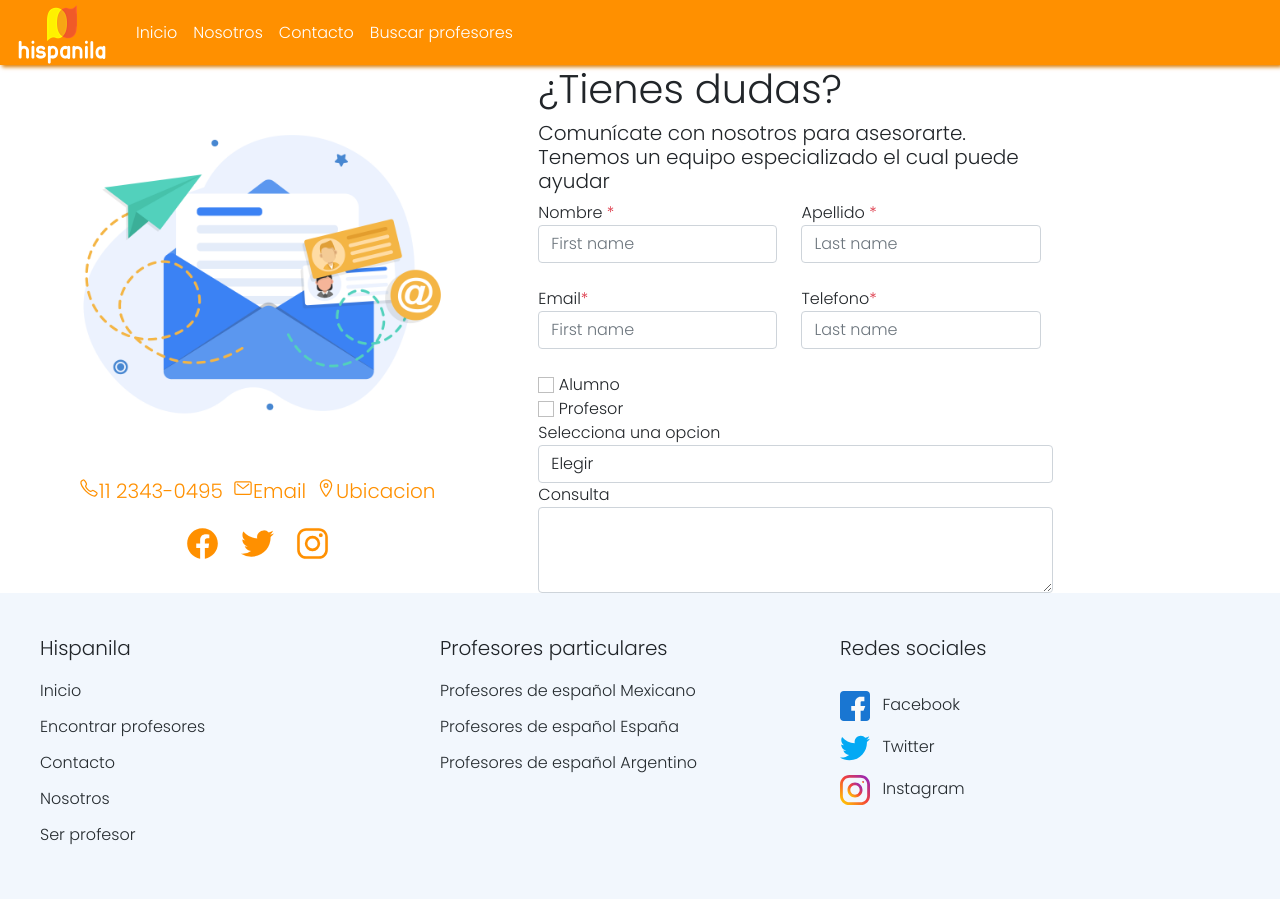
Repository: AgustinGarciaDev/Hispanila
Page: contact.html
These files come from the project's save history. The page is drawn as it stood at one moment and after the next save; the edit follows.
The browser window is 1280 px wide. The pictures show the whole page.
Some web libraries are served in a nearby version. The style sheet was rebuilt from its Sass, Less or Tailwind sources for each picture, by a compiler version that may differ from the author's.

Above is the page before, as saved 2021-01-28 23:33:14.

### contact.html
<!DOCTYPE html>
<html lang="en">

<head>

    <head>
        <meta charset="UTF-8">
        <title>Contacto</title>
        <meta name="viewport" content="width=device-width, user-scalable=no">
        <meta name="description" content="¿Tenes dudas? Comunícate con nosotros para asesorarte. Tenemos un equipo especializado el cual puede ayudar ">
        <meta name="keywords" content="Hispanila, contacto, ayuda, equipo , asesoramiento">
        <link rel="stylesheet" href="https://cdnjs.cloudflare.com/ajax/libs/animate.css/4.1.1/animate.min.css" />
        <link rel="preconnect" href="https://fonts.gstatic.com">
        <link rel="preconnect" href="https://fonts.gstatic.com">
        <link href="https://fonts.googleapis.com/css2?family=Poppins:ital,wght@0,200;0,300;0,800;0,900;1,200;1,500&display=swap" rel="stylesheet">
        <link href="https://fonts.googleapis.com/css2?family=Archivo:ital@0;1&display=swap" rel="stylesheet">
        <link href="https://cdn.jsdelivr.net/npm/bootstrap@5.0.0-beta1/dist/css/bootstrap.min.css" rel="stylesheet" integrity="sha384-giJF6kkoqNQ00vy+HMDP7azOuL0xtbfIcaT9wjKHr8RbDVddVHyTfAAsrekwKmP1" crossorigin="anonymous">
        <link rel="stylesheet" href="./css/style.css">

    </head>
</head>

<body class="contact__body">
    <header>
        <nav class="navbar navbar-expand-lg navbar-light bg-light nav-color">
            <div class="container-fluid">
                <a class="navbar-brand" href="./index.html"><img class="logo" src="./img/Hispanila_opt.png" alt=""></a>
                <button class="navbar-toggler" type="button" data-bs-toggle="collapse" data-bs-target="#navbarSupportedContent" aria-controls="navbarSupportedContent" aria-expanded="false" aria-label="Toggle navigation">
            <span class="navbar-toggler-icon"></span>
          </button>
                <div class="collapse navbar-collapse" id="navbarSupportedContent">
                    <ul class="navbar-nav me-auto mb-2 mb-lg-0">
                        <li class="nav-item">
                            <a class="nav-link active" aria-current="page" href="./index.html">Inicio</a>
                        </li>
                        <li class="nav-item">
                            <a class="nav-link" href="./we.html">Nosotros</a>
                        </li>
                        <li class="nav-item">
                            <a class="nav-link" href="./contact.html">Contacto</a>
                        </li>
                        <li class="nav-item">
                            <a class="nav-link" href="./searchteacer.html">Buscar profesores</a>
                        </li>
                    </ul>
                </div>
            </div>
        </nav>
    </header>

    <section>
        <div class="row">
            <div class="col-xl-5 col-lg12">
                <img class="email_img" src="./img/email.jpg" alt="">
                <div class="icons__list">
                    <a href="" class="icons__list_a">
                        <ion-icon name="call-outline"></ion-icon>11 2343-0495</a>
                    <a href="" class="icons__list_a">
                        <ion-icon name="mail-outline"></ion-icon>Email</a>
                    <a href="" class="icons__list_a">
                        <ion-icon name="location-outline"></ion-icon>Ubicacion</a>
                </div>
                <div class="icons__list__redsocial">
                    <a href="">
                        <ion-icon class="icons__list_logo_Redes" name="logo-facebook"></ion-icon>
                    </a>
                    <a href="">
                        <ion-icon class="icons__list_logo_Redes" name="logo-twitter"></ion-icon>
                    </a>
                    <a href="">
                        <ion-icon class="icons__list_logo_Redes" name="logo-instagram"></ion-icon>
                    </a>
                </div>
            </div>
            <div class="col-xl-5 col-lg12 ">
                <div class="text-contact">
                    <h1 class="text-contact__h1">¿Tienes dudas? </h1>
                    <h2 class="text-contact__h2">Comunícate con nosotros para asesorarte. Tenemos un equipo especializado el cual puede ayudar</h2>
                    <form>
                        <div class="row ">
                            <div class="col-6 mb-4 ">
                                <label class="font-weight-bold ">Nombre <span class="text-danger ">*</span></label>
                                <input type="text " class="form-control " placeholder="First name ">
                            </div>
                            <div class="col-6 mb-4 ">
                                <label class="font-weight-bold ">Apellido <span class="text-danger ">*</span></label>
                                <input type="text " class="form-control " placeholder="Last name ">
                            </div>

                            <div class="col-6 mb-4 ">
                                <label class="font-weight-bold ">Email<span class="text-danger ">*</span></label>
                                <input type="email " class="form-control " placeholder="First name ">
                            </div>
                            <div class="col-6 mb-4 ">
                                <label class="font-weight-bold ">Telefono<span class="text-danger ">*</span></label>
                                <input type="number " class="form-control " placeholder="Last name ">
                            </div>

                            <div class="col-6">
                                <input class="form-check-input " type="checkbox " id="gridCheck ">
                                <label class="form-check-label " for="gridCheck "> Alumno </label></div>
                        </div>
                        <div class="col-6">
                            <input class="form-check-input " type="checkbox " id="gridCheck ">
                            <label class="form-check-label " for="gridCheck "> Profesor</label></div>
                        <div class="col-12">
                            <label for="inputState ">Selecciona una opcion</label>
                            <select id="inputState " class="form-control ">
                               <option selected>Elegir</option>
                               <option>Problema con un profesor</option>
                               <option>Necesito soporte tecnico</option>
                               <option>Otra</option>
                            </select>
                        </div>
                        <div class="col-12 ">
                            <label for="exampleFormControlTextarea1 ">Consulta</label>
                            <textarea class="form-control " id="exampleFormControlTextarea1 " rows="3 "></textarea>
                        </div>
                    </form>
                </div>
            </div>
        </div>
        </div>
    </section>
    <footer class="footer">
        <div class="list__footer ">
            <p class="list__footer__p-modifier ">Hispanila</p>
            <li class="list__footer__li-modifier "> <a class="list__footer__a-modifier " href="/index.html ">Inicio</a></li>
            <li class="list__footer__li-modifier "> <a class="list__footer__a-modifier " href="/searchteacer.html ">Encontrar profesores</a></li>
            <li class="list__footer__li-modifier "><a class="list__footer__a-modifier " href="/contacte.html ">Contacto</a></li>
            <li class="list__footer__li-modifier "><a class="list__footer__a-modifier " href="/we.html ">Nosotros</a></li>
            <li class="list__footer__li-modifier "><a class="list__footer__a-modifier " href="/we.html ">Ser profesor</a></li>
        </div>
        <div class="list__footer ">
            <p class="list__footer__p-modifier ">Profesores particulares</p>
            <li class="list__footer__li-modifier "> <a class="list__footer__a-modifier " href=" https://www.facebook.com/ "> Profesores de español Mexicano</a></li>
            <li class="list__footer__li-modifier "><a class="list__footer__a-modifier " href="https://twitter.com/home "> Profesores de español España</a></li>
            <li class="list__footer__li-modifier "><a class="list__footer__a-modifier " href="https://www.instagram.com/ "> Profesores de español Argentino</a></li>
        </div>

        <div class="list__footer ">
            <p class="list__footer__p-modifier "> Redes sociales</p>
            <li class="list__footer__li-modifier "></li><img class="list__footer__img-modifier " src="./img/facebook.svg " alt=" "> <a class="list__footer__a-modifier " href="https://www.facebook.com/ ">Facebook</a></li>
            <li class="list__footer__li-modifier "></li><img class="list__footer__img-modifier " src="./img/gorjeo.svg " alt=" "> <a class="list__footer__a-modifier " href="https://twitter.com/home ">Twitter</a></li>
            <li class="list__footer__li-modifier "></li><img class="list__footer__img-modifier " src="./img/instagram.svg " alt=" "> <a class="list__footer__a-modifier " href="https://www.instagram.com/ ">Instagram</a></li>
        </div>
    </footer>
    <script src="https://unpkg.com/ionicons@5.2.3/dist/ionicons.js "></script>
    <script src="https://cdn.jsdelivr.net/npm/bootstrap@5.0.0-beta1/dist/js/bootstrap.bundle.min.js " integrity="sha384-ygbV9kiqUc6oa4msXn9868pTtWMgiQaeYH7/t7LECLbyPA2x65Kgf80OJFdroafW " crossorigin="anonymous "></script>
</body>

</html>

### scss/style.scss
@import"variables";
@import "header";
@import "footer";
@import "body";
@import "home";
@import "contac";
@import "profile";
@import "aboutUs";

### scss/_variables.scss
/* TIPOGRAFIAS */

$font-body: 'Poppins',
sans-serif;

/* SIZE TIPOGRAFIAS */

$nameteacher: 16px;
$titulocontacto: 20px;

/* ICONOS COLOR */

$color-start-icon: #FEC400;
$color-social:gray;

/*Color background*/

$color-box: linear-gradient(145deg, #d8e8f2, #b6c3cb);

/*Padding*/

$padding-currilum: 40px;

### scss/_header.scss
header {
    position: sticky;
    top: 0;
    z-index: 5;
}

### scss/_footer.scss
.footer {
    background-color: #F2F7FD;
    display: grid;
    grid-template-columns: repeat(3, 1fr);
    padding: 40px;
}

.list__footer__p-modifier {
    font-size: 20px;
}

.list__footer__li-modifier {
    list-style: none;
    align-items: center;
    display: flex;
    margin-bottom: 12px;
}

.list__footer__a-modifier {
    text-decoration: none;
    color: #252b2f;
}

.list-footer a:hover {
    text-decoration: underline;
}

.list__footer__img-modifier {
    width: 30px;
    height: 30px;
    margin-right: 8px;
}

@media (max-width: 768px) {
    .footer {
        display: flex;
        flex-wrap: wrap;
    }
    .list__footer {
        padding-left: 10px;
        padding-right: 10px;
        justify-content: center;
    }
}

@media (max-width: 520px) {}

### scss/_body.scss
body {
    margin: 0;
    font-family: $font-body;
}

### scss/_home.scss
.nav-color {
    background-color: #ff9000 !important;
    height: 65px;
    box-shadow: 2px 2px 4px #d97a00, -5px -5px 4px #ffa600;
}

.nav-link {
    color: white !important;
}

.hero {
    display: grid;
    grid-template-columns: 2fr 2fr;
    height: 600px;
    background-image: url(http://baravdg.com/wp-content/uploads/2021/01/hero-background.png);
    background-position: center;
    background-repeat: no-repeat;
    background-size: cover;
}

.hero .box {
    display: flex;
    flex-direction: column;
    margin: auto;
    padding-left: 30px;
}

.hero__title_h1 {
    color: white;
    font-weight: 700;
    font-size: 50px;
}

.hero__title_p {
    color: white;
    font-size: 30px;
    font-size: 400;
}

.hero__bottom {
    width: 200px;
    color: white;
    padding: 10px;
    text-align: center;
    text-decoration: none;
    font-size: 'Poppins', sans-serif;
    font-weight: 800;
    border-radius: 8px;
    background: linear-gradient(145deg, #ffd529, #d8b322);
}


/* EMPIEZA LAS CARD DE LAS BANDERAS */

.Tittle_h2 {
    text-align: center;
    padding: 30px;
    font-size: 40px;
    font-weight: 800;
}

.block-band {
    display: grid;
    grid-template-columns: repeat(3, 1fr);
    grid-column-gap: 30px;
    grid-row-gap: 30px;
    justify-items: center;
}

.link {
    color: inherit;
    text-decoration: inherit;
}

.card-band {
    border-radius: 24px;
    border-radius: 24px;
    background: #ecf1f4;
    box-shadow: 22px 22px 18px #dee3e5, -22px -22px 18px #faffff;
    width: 400px;
    height: 372px;
}

.content-band {
    display: flex;
    padding-left: 40px;
    padding-bottom: 10px;
}

.info-card {
    padding-top: 9px;
    padding-left: 10px;
}

.info-card h4 {
    margin: 0;
}

.info-card p {
    margin: 0;
    margin-left: 6;
}

.card-band .teacher-photo {
    width: 400px;
    height: 300px;
}

.card-band .band {
    height: 50px;
    width: 50px;
}

.card-prof {
    margin: 40px;
    padding: 40px;
}

.table-proyect {
    padding: 40px;
}


/* Card study*/

.margin {
    margin: 20px;
}

.card__study__resson {
    width: 300px;
    height: 572px;
}

.card__study__img {
    height: 400px;
    width: 200px;
    display: flex;
    margin: auto;
}

.card__study_text {
    text-align: center;
}

.card__study__btn {
    width: 200px;
    color: white;
    padding: 10px;
    justify-content: center;
    text-decoration: none;
    font-size: 'Poppins', sans-serif;
    font-weight: 800;
    border-radius: 8px;
    background: linear-gradient(145deg, #ffd529, #d8b322);
    display: flex;
    margin: auto;
}

@media (max-width: 890px) {
    .block-band {
        grid-template-columns: repeat(2, 1fr);
    }
    .card-band .teacher-photo {
        width: 324px;
        height: 239px;
    }
    .card-band {
        width: 324px;
        height: 325px;
    }
    .logo {
        margin-top: -20px;
    }
}

@media (max-width: 520px) {
    .hero {
        height: 360px;
    }
    .block-band {
        grid-template-columns: none;
    }
    .card__study__resson {
        width: 300px;
        height: 572px;
    }
    .nav-color {
        height: 70px;
    }
    .logo {
        margin-top: -20px;
    }
    .hero__title_h1 {
        font-size: 31px;
    }
    .hero__title_p {
        font-size: 17px;
    }
    .Tittle_h2 {
        text-align: center;
        padding: 17px;
        font-size: 32px;
        font-weight: 800;
    }
}

### scss/_contac.scss
.row {
    margin-right: 0;
}

.email_img {
    width: 100%;
}

.icons__list {
    display: flex;
    justify-content: center;
}

.icons__list_a {
    text-decoration: none;
    color: #ff9000;
    padding-bottom: 10px;
    padding-left: 5px;
    padding-right: 5px;
    font-size: 20px;
}

.icons__list__redsocial {
    display: flex;
    flex-direction: row;
    padding-top: 10px;
    justify-content: center;
}

.icons__list_logo_Redes {
    color: #ff9000;
    font-size: 35px;
    margin: 0 10px;
}

.text-contact__h2 {
    font-size: $titulocontacto;
}

@media (max-width: 520px) {
    .text-contact__h1 {
        text-align: center;
    }
    .text-contact__h2 {
        font-size: $titulocontacto -7;
        text-align: center;
    }
}

### scss/_profile.scss
    .layout {
        display: grid;
        grid-template-columns: 2fr 1fr;
        grid-template-rows: 1fr;
        grid-column-gap: 10px;
        grid-row-gap: 10px;
        padding: 20px;
    }

    .layout__infoteache__video-modifier {
        width: 100%;
        height: 500px;
    }

    .layout__profile {
        border-radius: 8px;
        background: #ffffff;
        box-shadow: 8px 8px 55px #d9d9d9, -8px -8px 55px #ffffff;
    }

    .layaout__datachecher__layout__img-modifier {
        width: 80px;
        height: 80px;
        border-radius: 50%;
        display: flex;
        margin: auto;
    }

    .layaout__datachecher__h1-modifier {
        font-size: 30px;
        font-weight: 600;
    }

    .layaout__datachecher__h2-modifier {
        font-size: 14px;
    }

    .scoreteacher {
        display: flex;
        flex-direction: row;
    }

    .scoreteacher__icon--modifier {
        color: $color-start-icon;
        margin-top: 28px;
        margin-bottom: 2px;
    }

    .scoreteacher__number--modifier {
        margin-top: 26px;
        margin-bottom: 2px;
        padding-left: 9px;
    }

    .layout__sepator {
        border: 1px solid #10101030;
        margin: 10px;
    }

    .card {
        margin-bottom: 15px;
        margin-top: 15px;
    }

    .card-body {
        display: flex;
    }

    .clases__titulo-Modifier {
        font-size: 25px;
        font-size: 500;
    }

    .curriculum {
        margin: 30px 0;
        border-radius: 8px;
        background: #ffffff;
        box-shadow: 8px 8px 55px #d9d9d9, -8px -8px 55px #ffffff;
        padding: $padding-currilum;
    }

    .lessons__box {
        padding: 40px;
        margin: 30px 0;
        border-radius: 8px;
        background: #ffffff;
        box-shadow: 8px 8px 55px #d9d9d9, -8px -8px 55px #ffffff;
    }

    .Comentary {
        margin-top: 20px;
        background: #ffffff;
        box-shadow: 8px 8px 55px #d9d9d9, -8px -8px 55px #ffffff;
        padding: 30px;
    }

    .personaldata {
        display: flex;
        flex-direction: row;
    }

    .Comentary__grid {
        margin-top: 40px;
        display: grid;
        grid-template-columns: 1fr 1fr;
        grid-template-rows: 1fr 1fr 1fr;
        grid-row-gap: 30px;
    }

    .Comentary__layout {
        width: 350px;
        height: 140px;
        padding: 10px;
        background: rgba( 255, 255, 255, 0.00);
        box-shadow: 0 8px 10px 0 rgba( 31, 38, 135, 0.37);
        border-radius: 10px;
    }

    .personaldata img {
        border-radius: 50%;
        width: 50px;
        height: 50px;
    }

    .Reserva {
        position: sticky;
        top: 100px;
        height: 350px;
        border-radius: 8px;
        background: #ffffff;
        box-shadow: 8px 8px 55px #d9d9d9, -8px -8px 55px #ffffff;
    }

    .Reserva__precios_layout {
        padding-bottom: 10px;
        padding-top: 10px;
    }

    .boton__ML {
        display: flex;
        justify-content: center;
    }

    .mercadopago-button {
        height: 40px;
        font-weight: 300px;
        font-family: $font-body;
        background-color: #00b1ff!important;
        width: 100%;
        border-radius: 1px;
        background: $color-box;
        box-shadow: 5px 5px 9px #b8c5ce, -5px -5px 9px #dcedf6;
    }

    .Reserva__divider {
        border: 1px solid gray;
    }

    .Reserva__contact {
        text-align: center;
        padding: 20px;
    }

    .Reserva__contact_boton {
        display: block;
        font-weight: 400;
        padding: 20px;
        text-decoration: none;
        color: white;
        background: #48af41!important;
        border-radius: 1px;
        border-radius: 1px;
        background: $color-box;
        box-shadow: 5px 5px 9px #b8c5ce, -5px -5px 9px #dcedf6;
    }
    /* Responsive */

    @media (max-width: 890px) {
        .layout {
            display: flex;
            flex-direction: column;
        }
        .Comentary__grid {
            display: flex;
            flex-wrap: wrap;
        }
        .Comentary__layout {
            width: 100%;
        }
        .Reserva {
            position: relative;
            top: 0;
            width: 100%;
            height: 350px;
        }
    }

    @media (max-width: 520px) {
        .layout__infoteache__video-modifier {
            height: 240px;
        }
        .layout__scoreteacher {
            margin-left: 132px;
        }
        .layout__dateacher_info {
            margin-left: -9px;
        }
        .Reserva__contact_boton {
            width: 200px;
            height: 70px;
            display: inline-block;
            padding: 10px;
        }
        .card-body {
            flex-direction: column;
            align-items: center;
        }
        .curriculum {
            padding: $padding-currilum -30;
        }
    }

### scss/_aboutUs.scss
    .About__tittle-h1 {
        text-align: center;
        padding: 20px 0;
        font-weight: 800;
    }

    .About__img {
        display: flex;
        justify-content: center;
        align-items: center;
    }

    .About__img--modifier {
        width: 900px;
        height: 600px;
    }

    .About__history {
        text-align: center;
        margin: 10px 500px;
    }

    .About_compromise_img {
        width: 400px;
        height: 300px;
    }

    .about__container {
        margin-top: 50px;
        margin-bottom: 50px;
    }

    .Value {
        margin-top: 40px;
    }

    @media (max-width: 890px) {
        .About__img--modifier {
            width: 100%;
            height: auto;
        }
        .About__history {
            margin: 10px 20px;
        }
    }

    @media (max-width: 570px) {
        .About_compromise_img {
            height: 300px;
        }
        .About_compromise__responsive {
            flex-direction: column-reverse;
            display: flex;
        }
        .Value {
            display: flex;
            align-items: center;
            justify-content: center;
        }
        .Value__box {
            display: flex;
            flex-direction: column;
            justify-content: center;
        }
    }

After the next save:
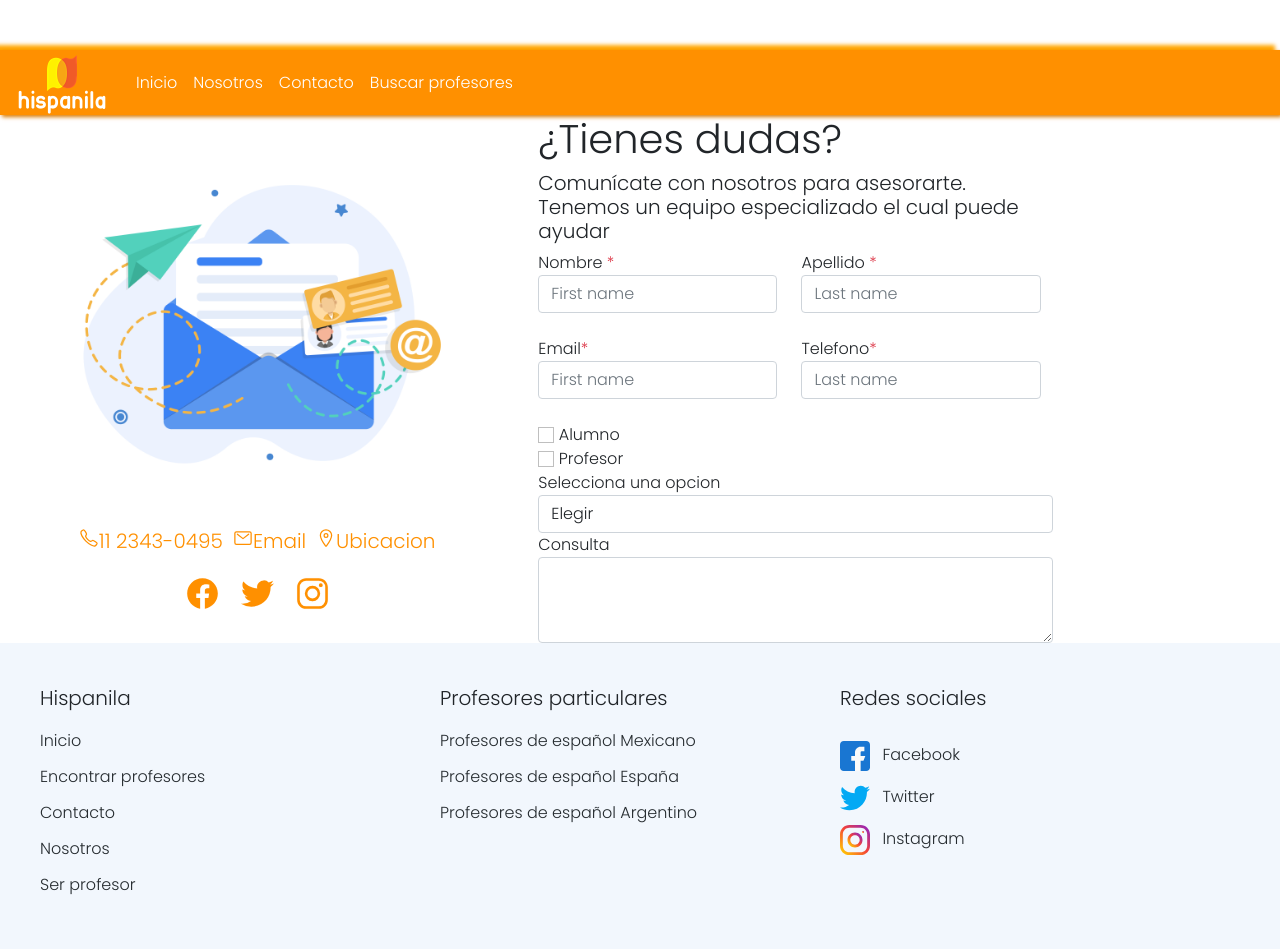
Saved 44 s later.
--- a/scss/_contac.scss
+++ b/scss/_contac.scss
@@ -1,3 +1,7 @@
+.contact__body {
+    margin-top: 50px;
+}
+
 .row {
     margin-right: 0;
 }
